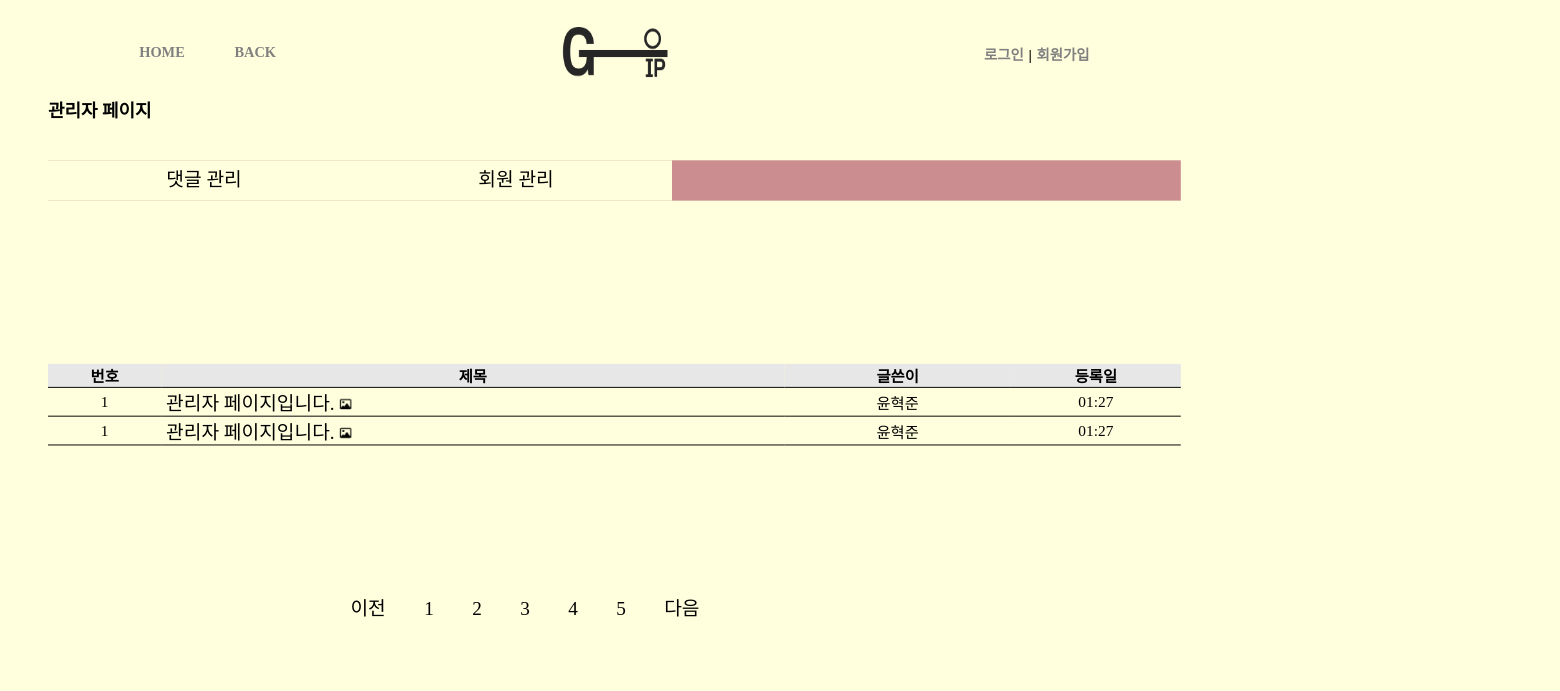
Repository: pauljerricho/MES
Page: http://localhost/SpringBoard/WEB-INF/views/admin.jsp
An editor plug-in stored every save of this project. The page is shown before and after the next save, followed by the edit.
The browser window is 1280 px wide. The page is 1625 px wide, so the pictures cover 1625 px, including what lies to the right of the window. The pictures show the whole page, at 96% of full size.
The page is served by Tomcat 9. Nobody is signed in. The template is opened directly, without the code that normally fills it, so the values that code supplies are empty.

Above is the page before, as saved 2022-03-14 03:05:53.

After the next save:
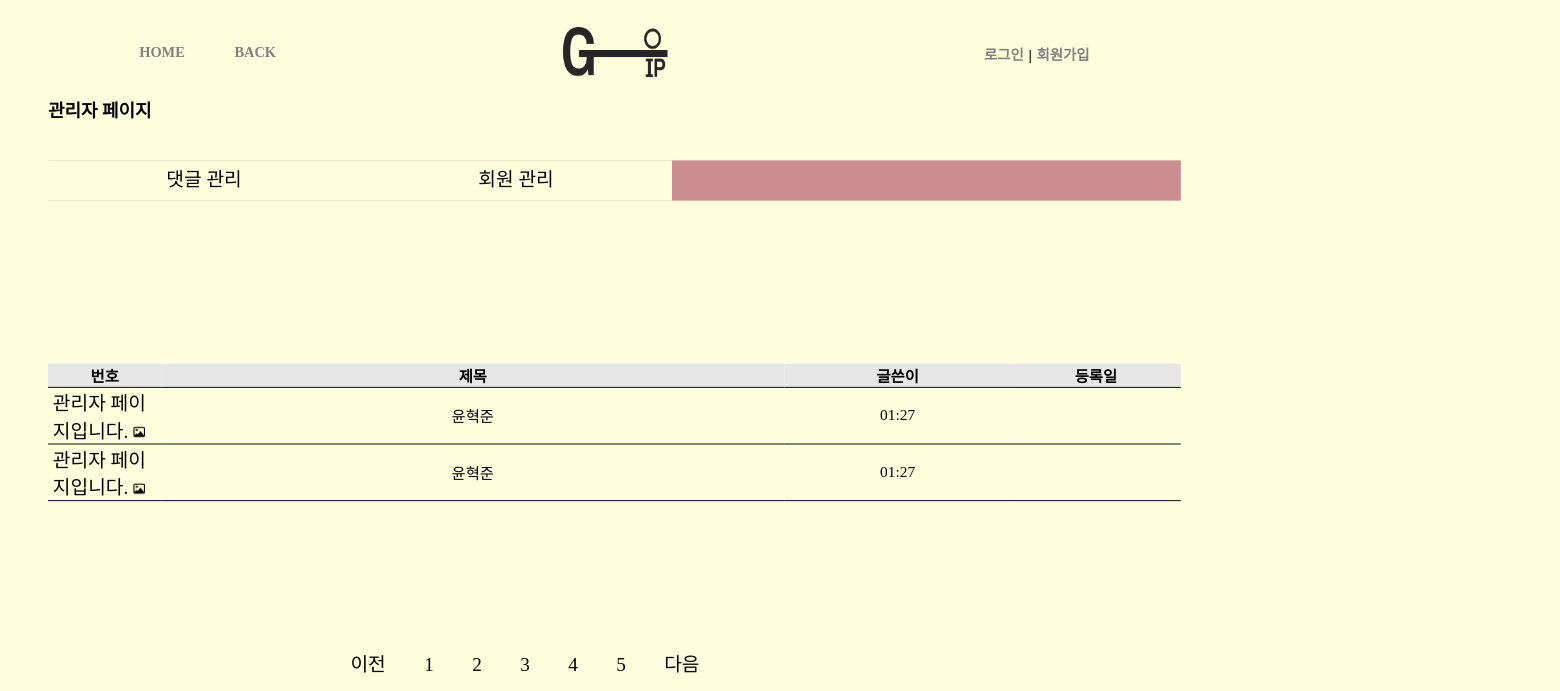
Saved 22 s later.
--- a/gozip/SpringBoard/src/main/webapp/WEB-INF/views/admin.jsp
+++ b/gozip/SpringBoard/src/main/webapp/WEB-INF/views/admin.jsp
@@ -123,7 +123,6 @@
 						<tbody>
 							<c:forEach var="index" begin="0" end="1">
 								<tr class>
-									<td class="num"><span>1</span></td>
 									<td class="content-title">
 										<div class="text-wrap"></div>
 										<div>

After the save that followed:
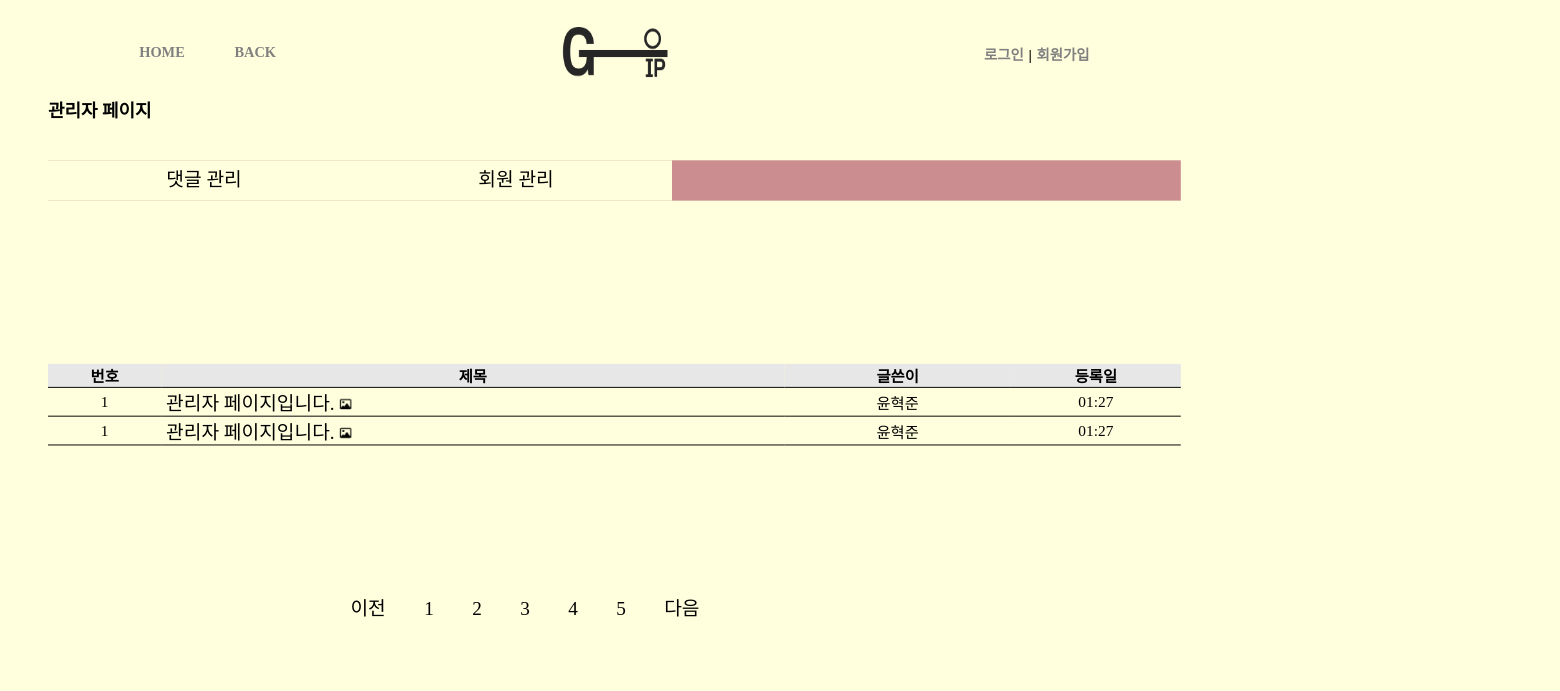
Saved 4 s later.
--- a/gozip/SpringBoard/src/main/webapp/WEB-INF/views/admin.jsp
+++ b/gozip/SpringBoard/src/main/webapp/WEB-INF/views/admin.jsp
@@ -123,6 +123,7 @@
 						<tbody>
 							<c:forEach var="index" begin="0" end="1">
 								<tr class>
+									<td class="num"><span>1</span></td>
 									<td class="content-title">
 										<div class="text-wrap"></div>
 										<div>
